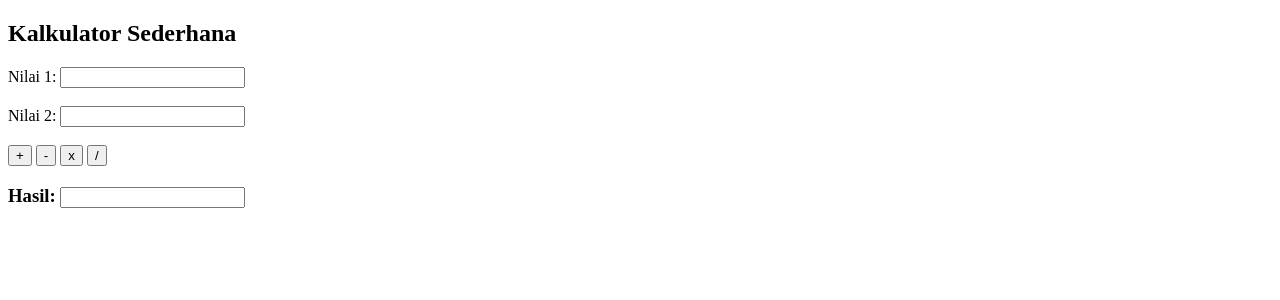
Repository: DejanAmru/dejan-praktikum
Page: modul-8/kalkulator.html
The author's editor kept a copy of each file at every save. The page is drawn from the files as they stood at one save, then again after the next save.
The browser window is 1280 px wide. The pictures show the whole page.

Above is the page before, as saved 2025-11-14 16:10:31.

After the next save:
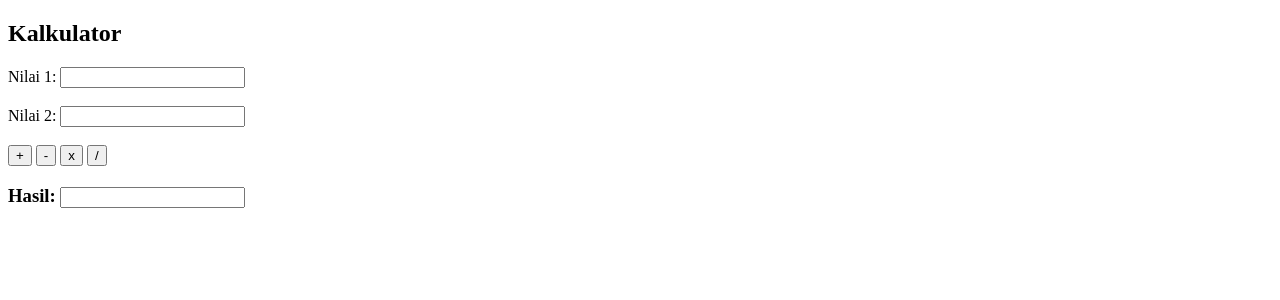
Saved 2 min 30 s later.
--- a/modul-8/kalkulator.html
+++ b/modul-8/kalkulator.html
@@ -5,7 +5,7 @@
 </head>
 <body>
 
-    <h2>Kalkulator Sederhana</h2>
+    <h2>Kalkulator</h2>
 
     <label for="bil1">Nilai 1:</label>
     <input type="text" id="bil1"><br><br>
